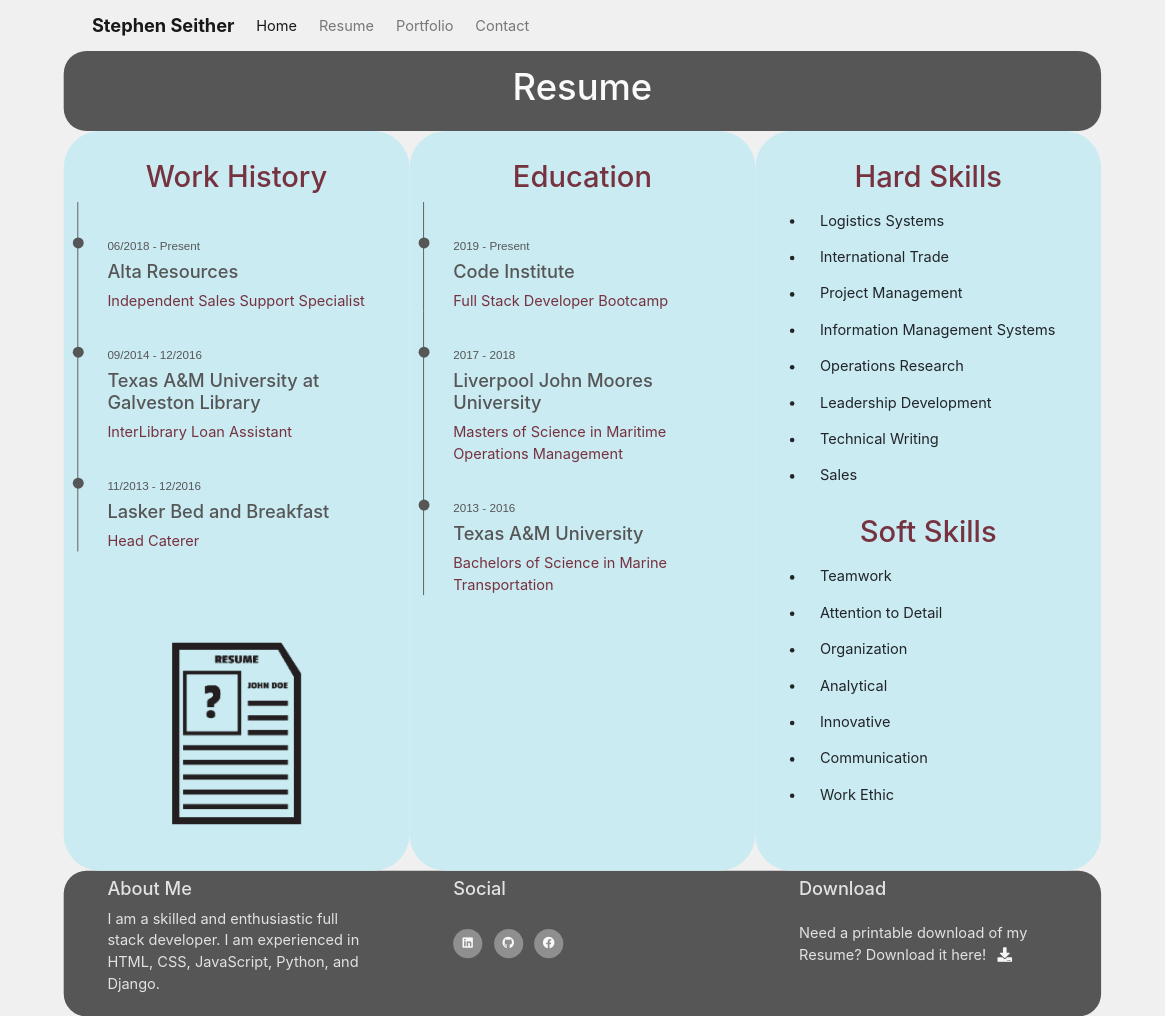
Repository: stephenseither/First-Milestone-Project
Page: experience.html
The author's editor kept a record of every edit. The page is drawn from the files as they stood at one moment, then again after the next edit.
The browser window is 1280 px wide. The pictures show the whole page, at 91% of full size.
Some web libraries are served in a nearby version.

Above is the page before.

After the next edit:
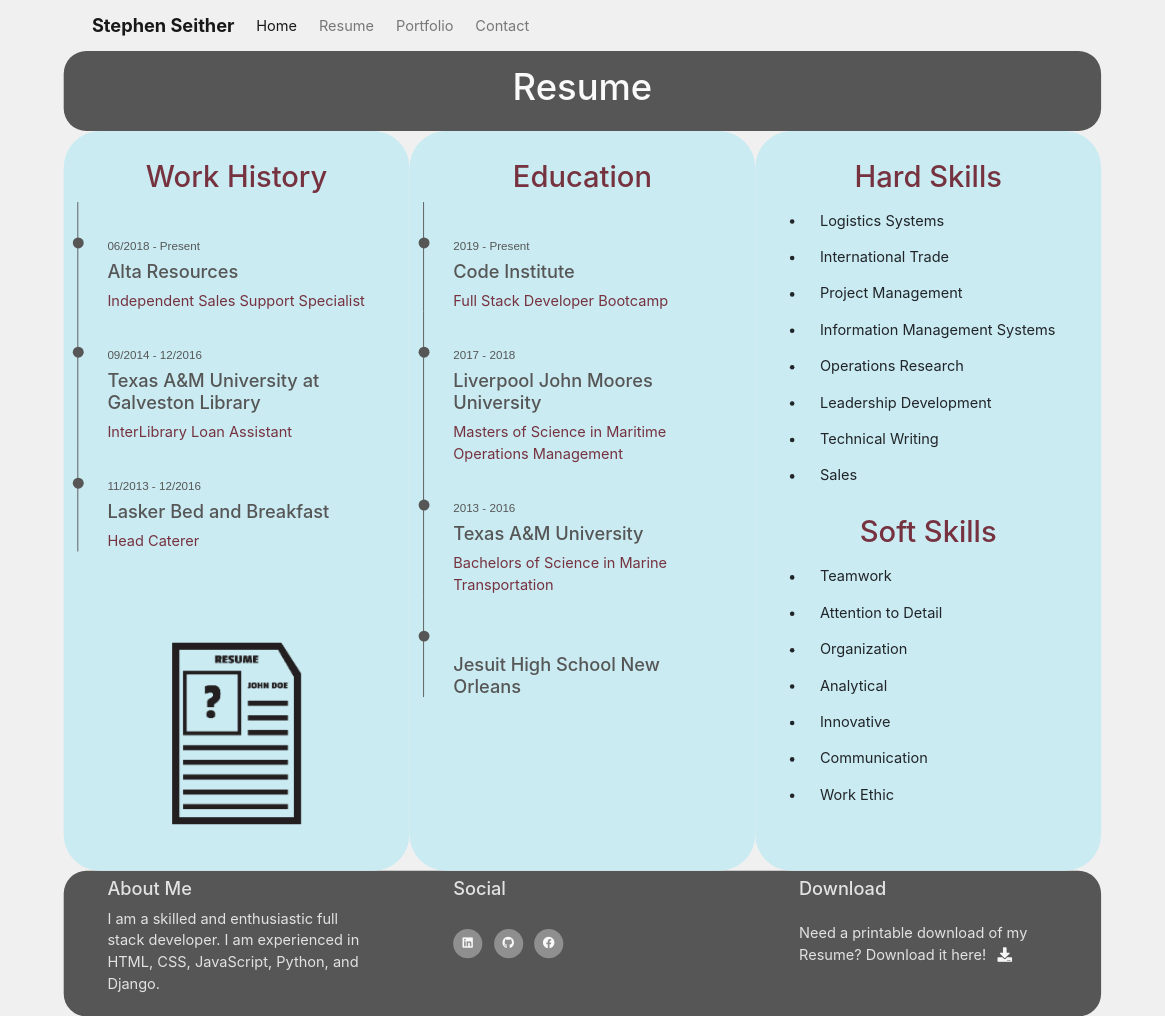
The edit:
--- a/experience.html
+++ b/experience.html
@@ -86,6 +86,9 @@
                     <h5>Texas A&M University</h5>
                         <p>Bachelors of Science in Marine Transportation</p>
                 </div>
+                <div class="school-item">
+                    <h5>Jesuit High School New Orleans</h5>
+                </div>
             </div>
 
 
